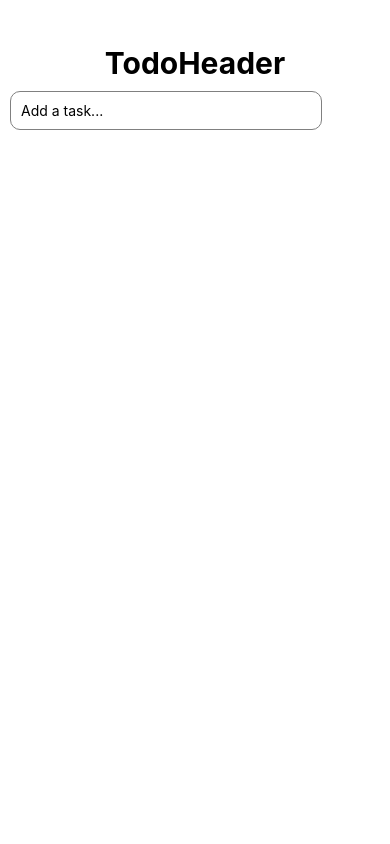
Repository: itadori17/Redux-Todo
Screen: /
These files come from the project's save history. The screen is drawn as it stood at one moment and after a run of saves; the edit follows.
The app was drawn by React Native's web renderer in a window 390 px wide. The project was rebuilt for these pictures with package versions that can differ from the ones it lists, and the page was loaded fresh each time.

Above is the screen before, as saved 2022-08-16 15:57:32.

After the next 15 saves:
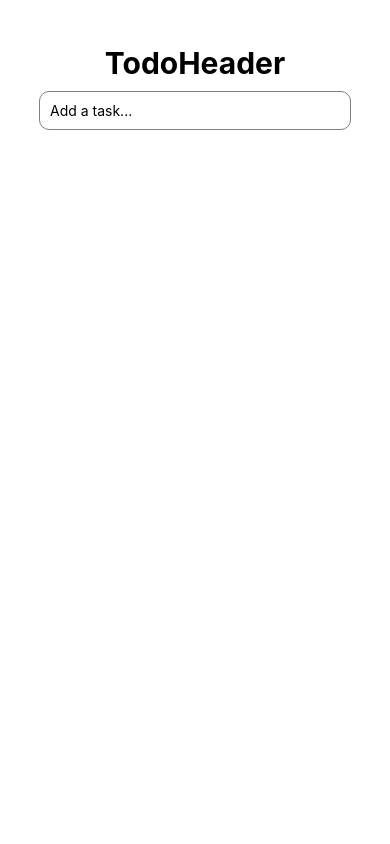
The 15 saves are shown as one change because 4 did not build or start and some came seconds apart.
The last was saved 45 s later.
--- a/src/components/TodoHeader.js
+++ b/src/components/TodoHeader.js
@@ -17,7 +17,10 @@ const TodoHeader = () => {
              TodoHeader
                 </Text>
                 <View
-
+                    style={{
+                        justifyContent: 'center',
+                        alignItems: 'center',
+                    }}
                 >
                 <TextInput
                     style={{
